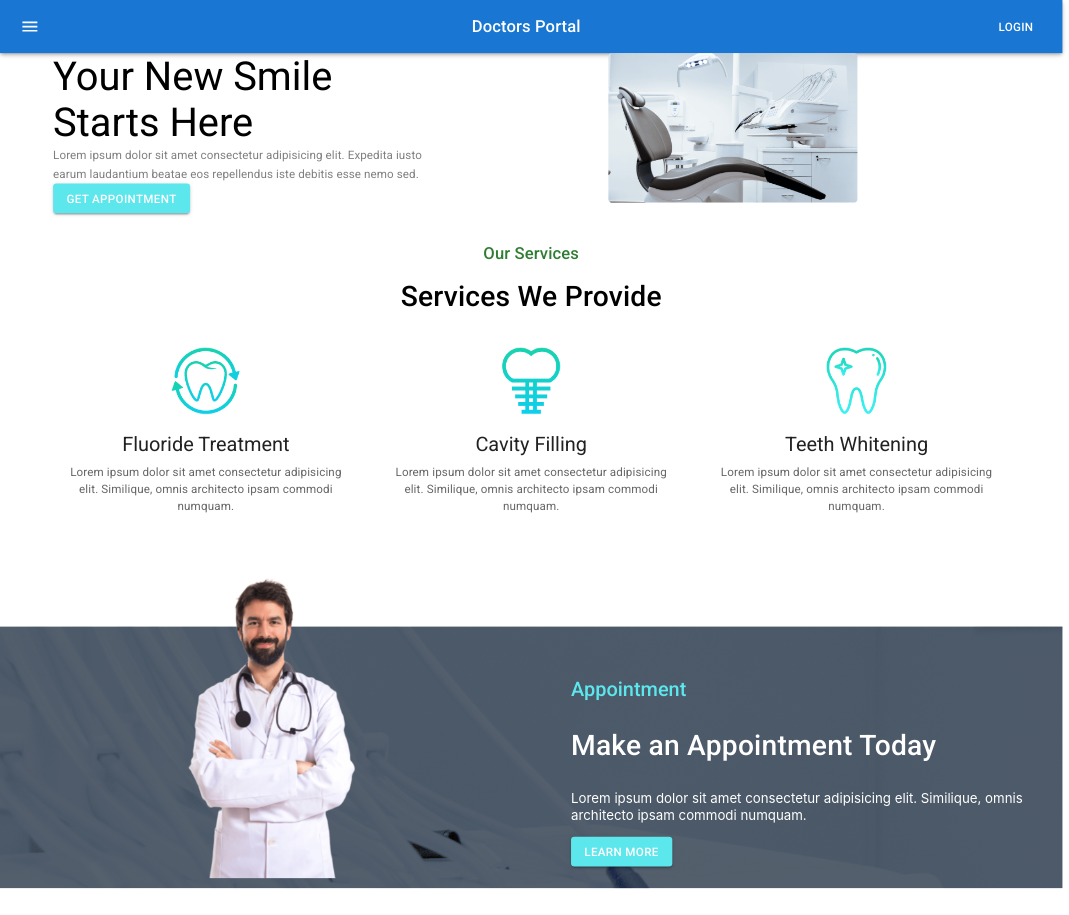
Repository: Sharif-00112/doctors-portal-client
Page: /
These files come from the project's save history. The page is drawn as it stood at one moment and after the next save; the edit follows.
The browser window is 1280 px wide. The page is 1288 px wide, so the pictures cover 1288 px, including what lies to the right of the window. The pictures show the whole page, at 83% of full size.
The project was rebuilt for these pictures with package versions that can differ from the ones it lists, and the page was loaded fresh each time.

Above is the page before, as saved 2022-11-01 22:32:31.

After the next save:
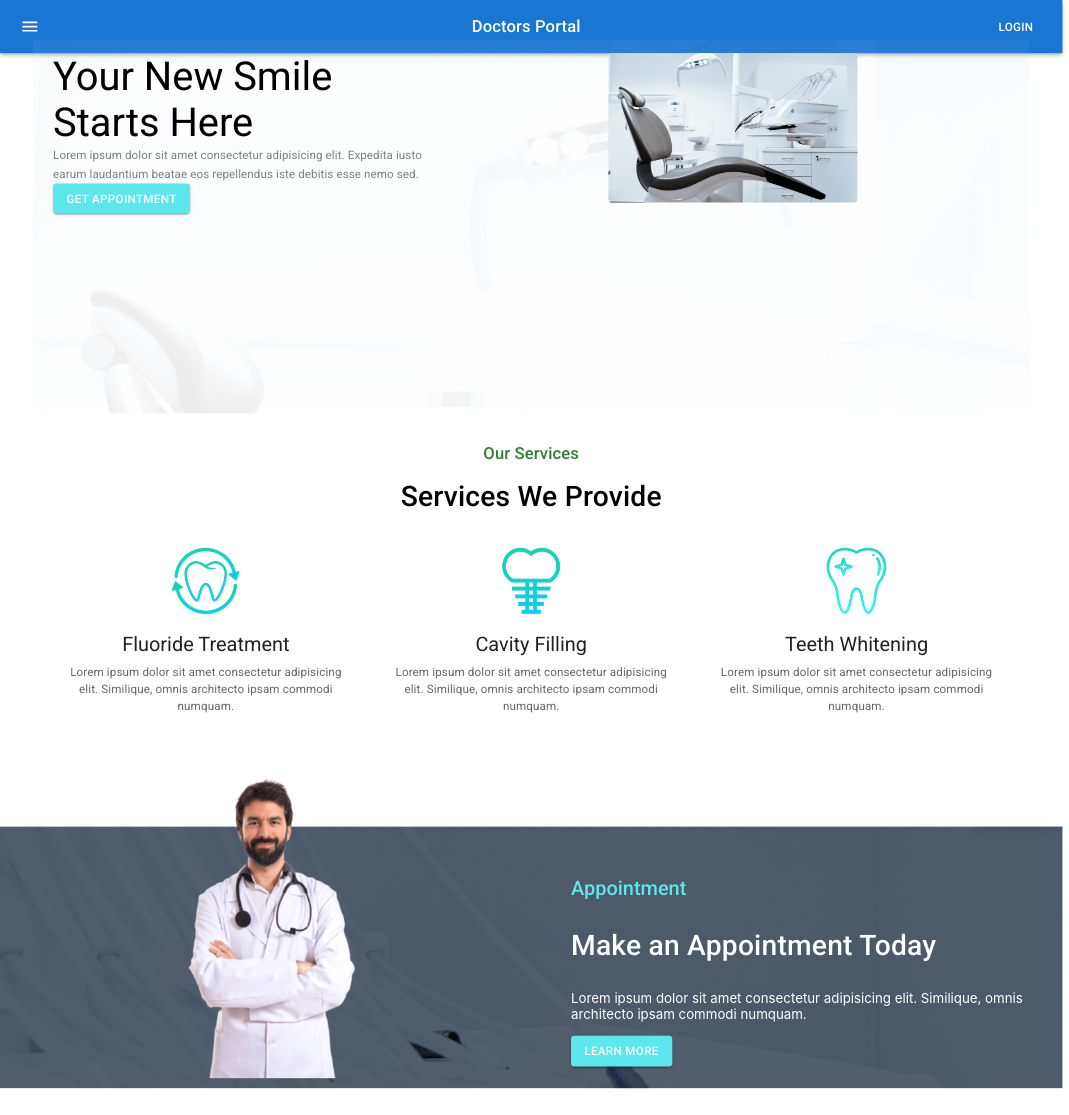
Saved 31 s later.
--- a/src/Pages/Home/Banner/Banner.js
+++ b/src/Pages/Home/Banner/Banner.js
@@ -20,7 +20,7 @@ const verticalCenter = {
 const Banner = () => {
     return (
         <div>
-            <Container style={{bannerBg}} sx={{ flexGrow: 1 }}>
+            <Container style={bannerBg} sx={{ flexGrow: 1 }}>
                 <Grid container spacing={2}>
                     <Grid item style={{textAlign: 'left'}} xs={12} md={5}>
                         <Typography sx={{ }} style={{color: 'black'}} variant="h3" component="div">
